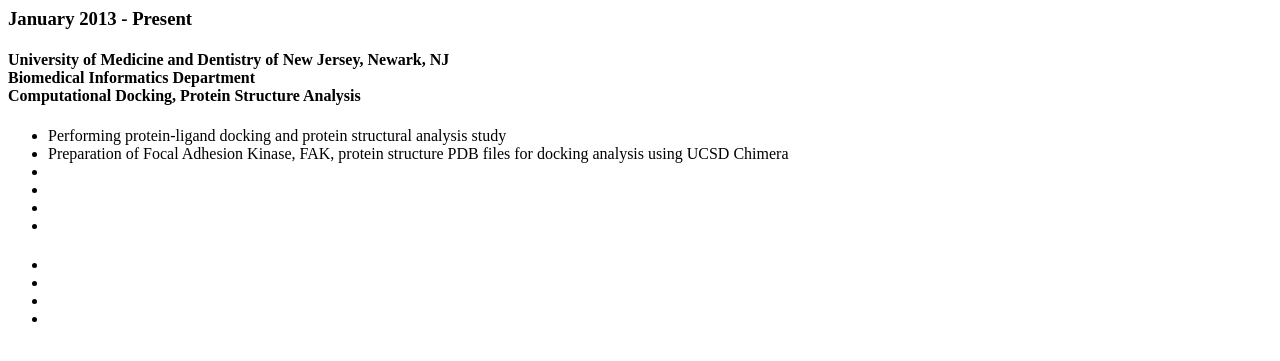
Repository: gmihalik/resume-website
Page: views/research.html
The author's editor kept a record of every edit. The page is drawn from the files as they stood at one moment, then again after the next edit.
The browser window is 1280 px wide. The pictures show the whole page.

Above is the page before.

### views/research.html
<h3>January 2013 - Present</h3>
<h4>University of Medicine and Dentistry of New Jersey, Newark, NJ
<br>Biomedical Informatics Department <br>Computational Docking, Protein Structure Analysis</h4>
<p>
<ul>
    <li>Performing protein-ligand docking and protein structural analysis study</li>
    <li>Preparation of Focal Adhesion Kinase, FAK, protein structure PDB files for docking analysis using UCSD Chimera</li>
    <li></li>
    <li></li>
    <li></li>
    <li></li>
</ul>
</p>


<h3></h3>
<h4></h4>
<p>
<ul>
    <li></li>
    <li></li>
    <li></li>
    <li></li>
</ul>
</p>

After the next edit:
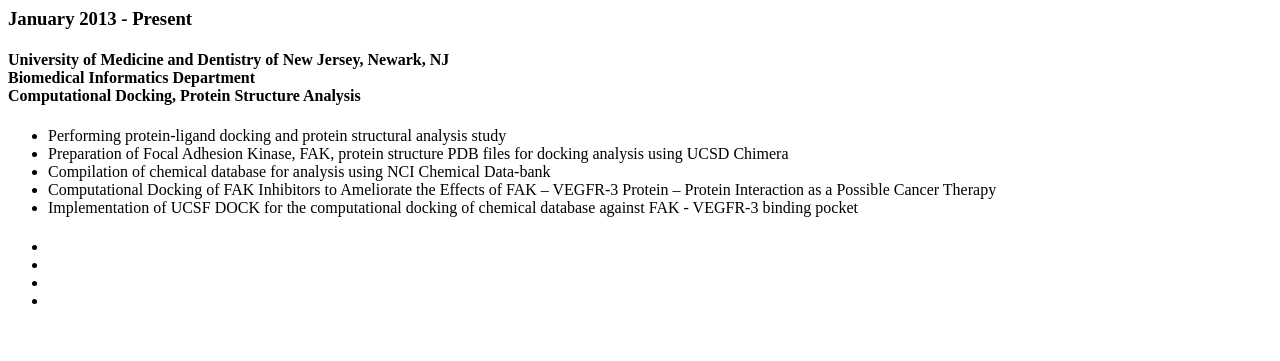
The edit:
--- a/views/research.html
+++ b/views/research.html
@@ -5,10 +5,9 @@
 <ul>
     <li>Performing protein-ligand docking and protein structural analysis study</li>
     <li>Preparation of Focal Adhesion Kinase, FAK, protein structure PDB files for docking analysis using UCSD Chimera</li>
-    <li></li>
-    <li></li>
-    <li></li>
-    <li></li>
+    <li>Compilation of chemical database for analysis using NCI Chemical Data-bank</li>
+    <li>Computational Docking of FAK Inhibitors to Ameliorate the Effects of FAK – VEGFR-3 Protein – Protein Interaction as a Possible Cancer Therapy</li>
+    <li>Implementation of UCSF DOCK for the computational docking of chemical database against FAK - VEGFR-3 binding pocket</li>
 </ul>
 </p>
 
